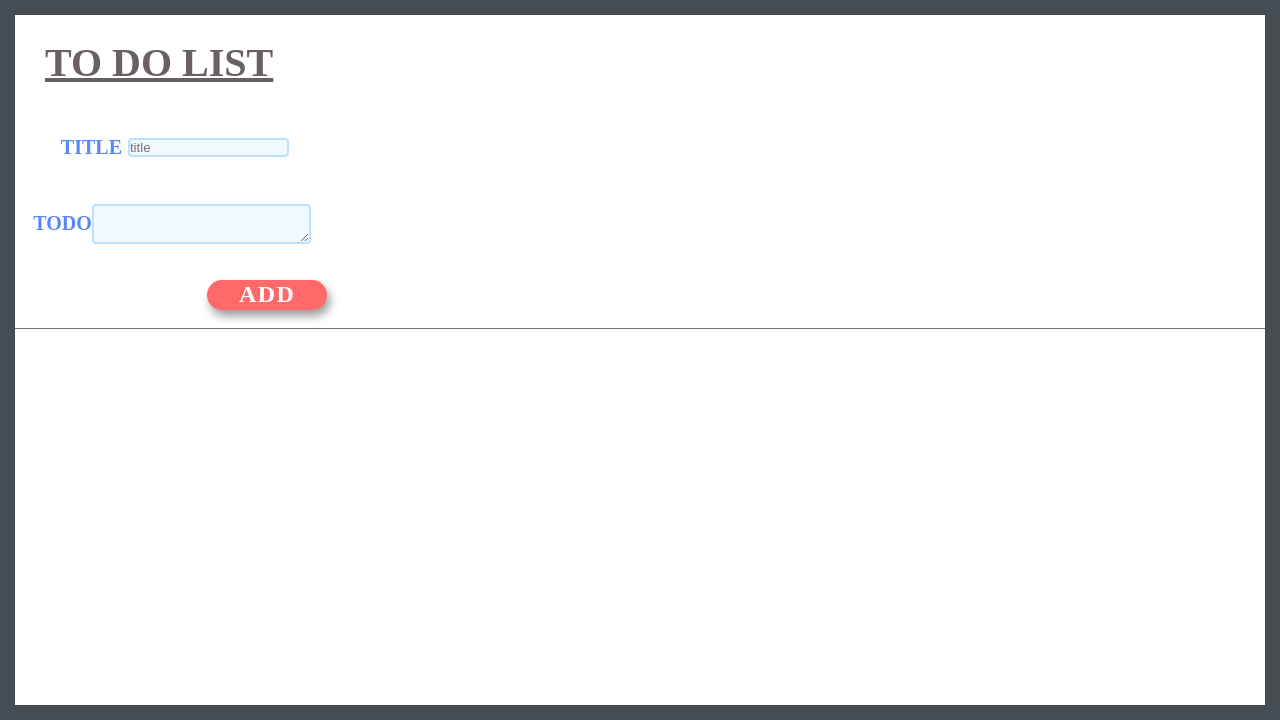
Repository: NagataRyuji0630/shinjin-otameshi
Page: todo_white_board.html
An editor plug-in stored every save of this project. The page is shown before and after the next save, followed by the edit.
The browser window is 1280 px wide. The pictures show the whole page.

Above is the page before, as saved 2020-06-11 23:29:25.
Not found: todoWhiteBoard.js

After the next save:
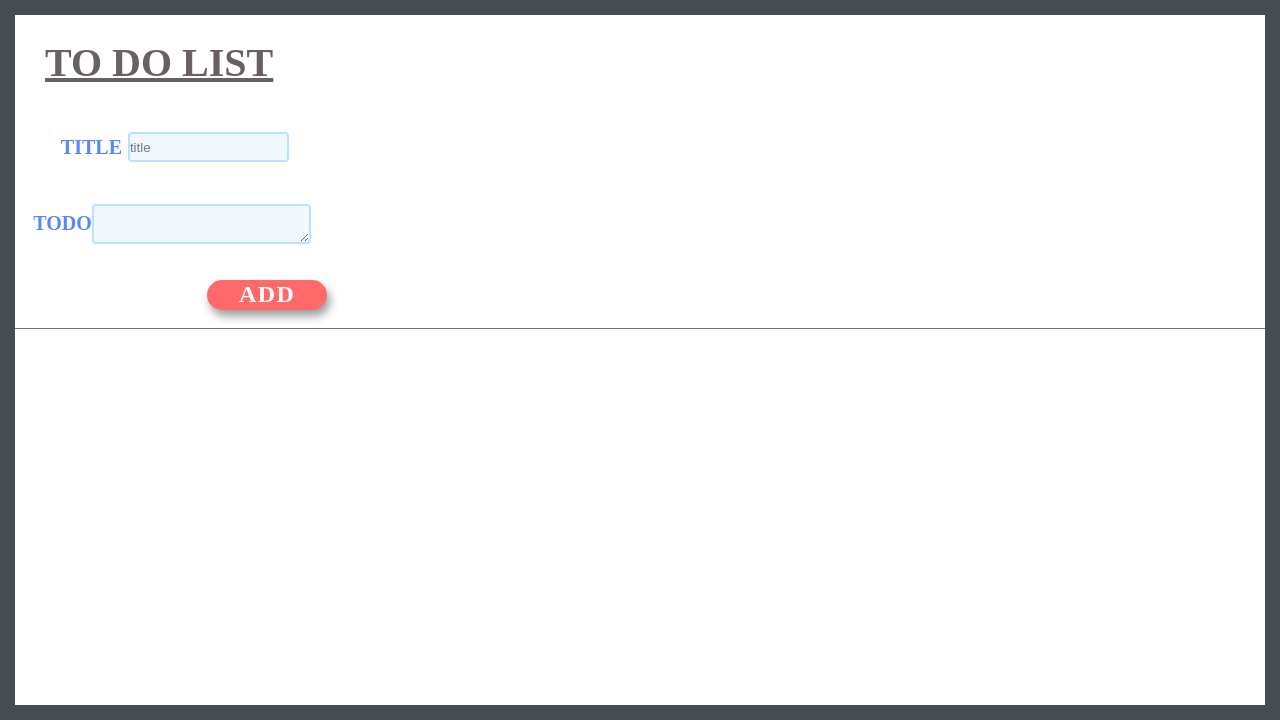
Saved 4 min 59 s later.
--- a/todo_white_board.css
+++ b/todo_white_board.css
@@ -88,7 +88,7 @@
 #todo_title {
     text-align: left;
     width: 100%;
-    height: 100%;
+    height: 30px;
 }
 
 #todo_detail {

After the save that followed:
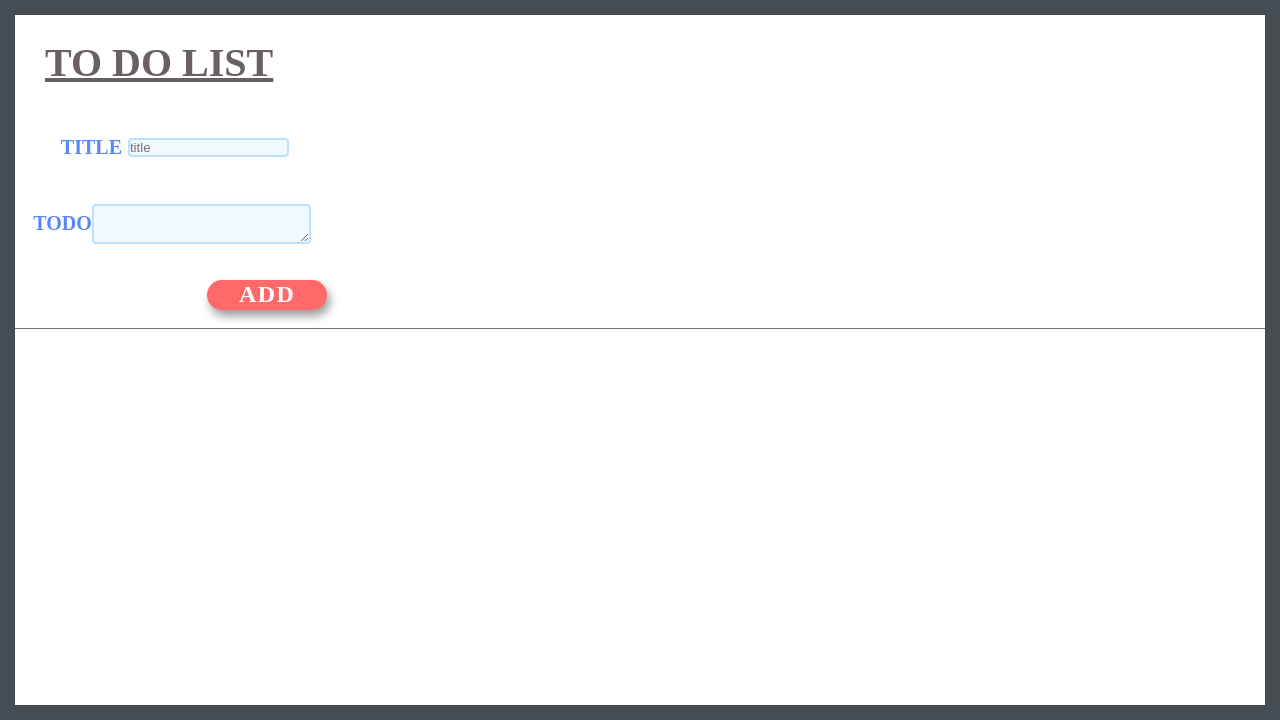
Saved 22 s later.
--- a/todo_white_board.css
+++ b/todo_white_board.css
@@ -88,7 +88,7 @@
 #todo_title {
     text-align: left;
     width: 100%;
-    height: 30px;
+    height: 100%;
 }
 
 #todo_detail {
